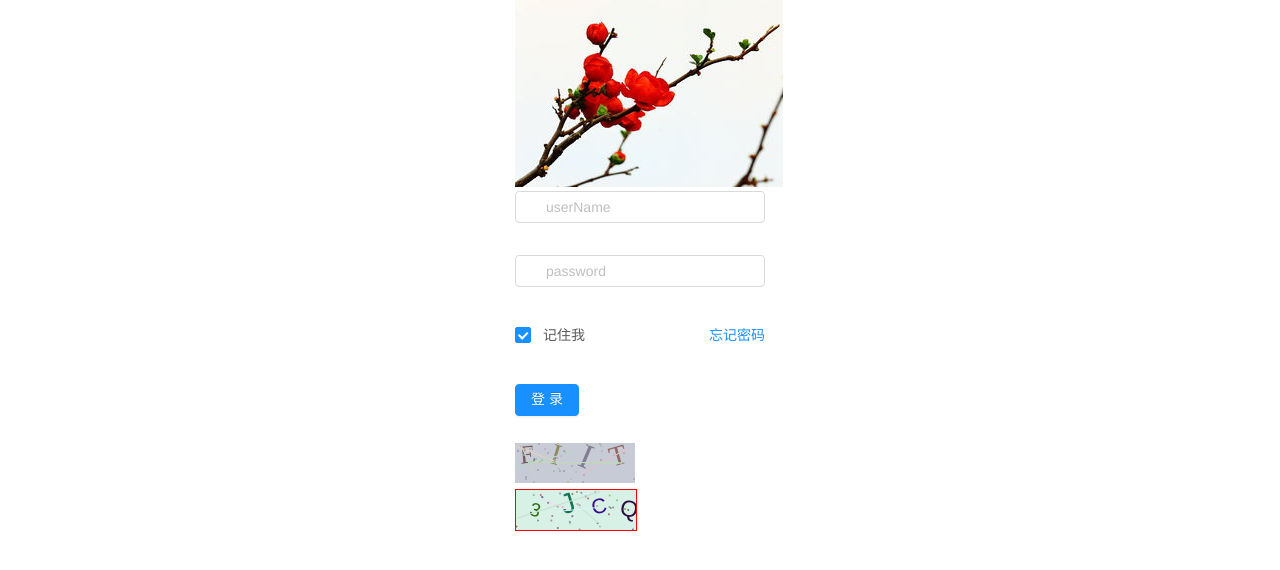
Repository: zhongdm/vue-vuex-antd
Page: /#/login
These files come from the project's save history. The page is drawn as it stood at one moment and after the next save; the edit follows.
The browser window is 1280 px wide. The pictures show the whole page.
The project was rebuilt for these pictures with package versions that can differ from the ones it lists, and the page was loaded fresh each time.

Above is the page before, as saved 2019-03-15 16:56:02.

After the next save:
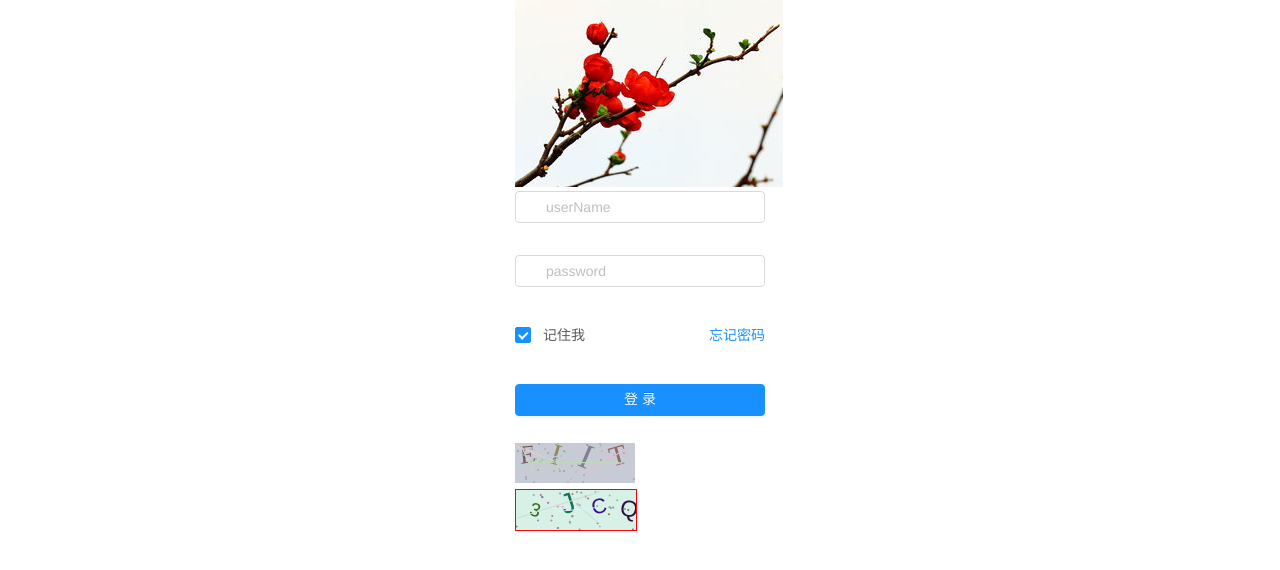
Saved 3 min 22 s later.
--- a/src/pages/Login.vue
+++ b/src/pages/Login.vue
@@ -21,7 +21,7 @@
         <a href="" class="login-password-forgot">忘记密码</a>
       </a-form-item>
       <a-form-item>
-        <a-button type="primary" @click="handleLogin">登录</a-button>
+        <a-button type="primary" block @click="handleLogin">登录</a-button>
       </a-form-item>
     </a-form>
     <ImgVerify @imgCode="imgCode" ref="imgVerify"/>
